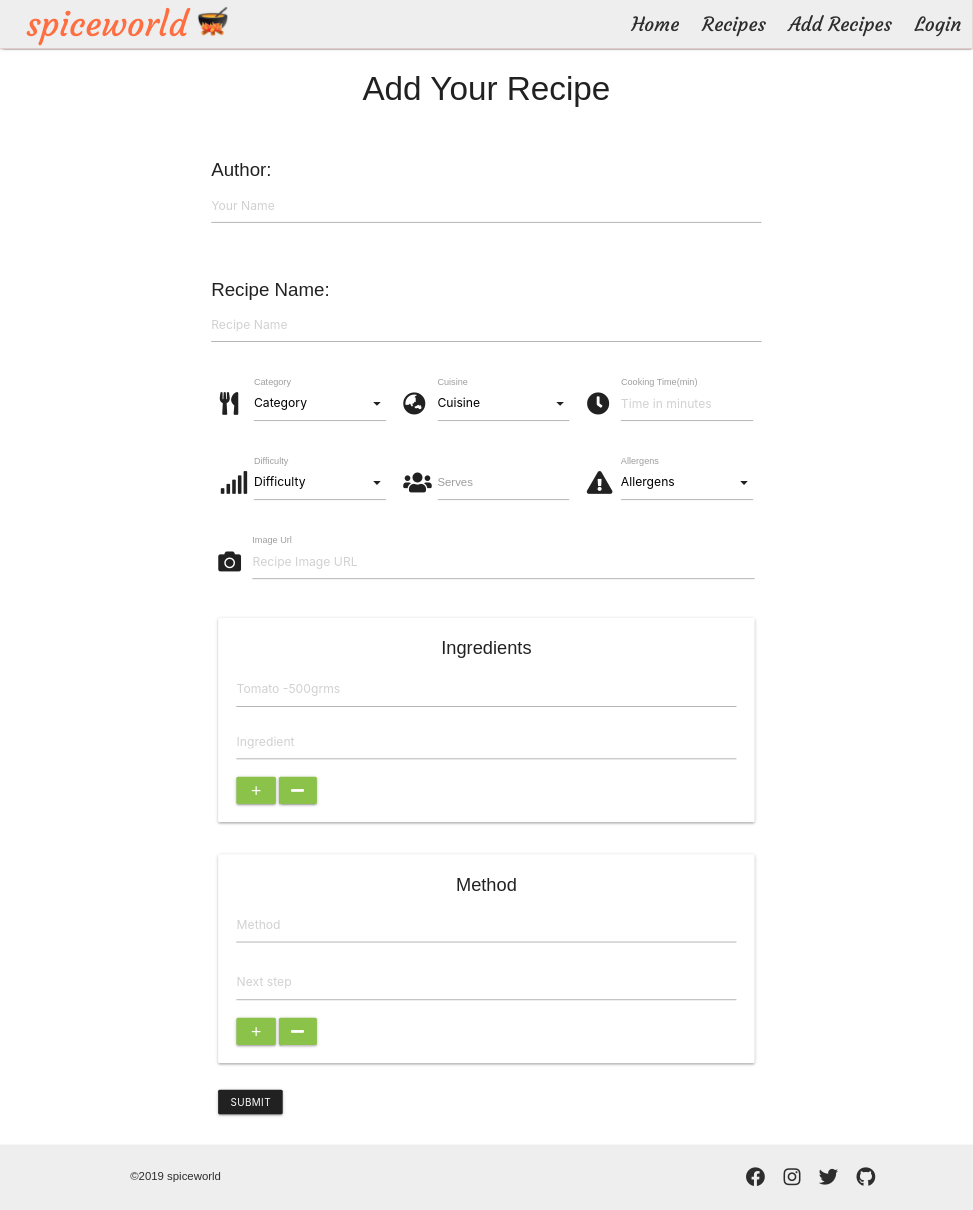
Repository: stephyraju/spiceworld
Page: http://localhost/add_recipe
The author's editor kept a record of every edit. The page is drawn from the files as they stood at one moment, then again after the next edit.
The browser window is 1280 px wide. The pictures show the whole page, at 76% of full size.
Some web libraries are served in a nearby version. The page is served by the project's application, run on Flask 3 (app.py). Queries for data that is not in the repository find no rows.

Above is the page before.

After the next edit:
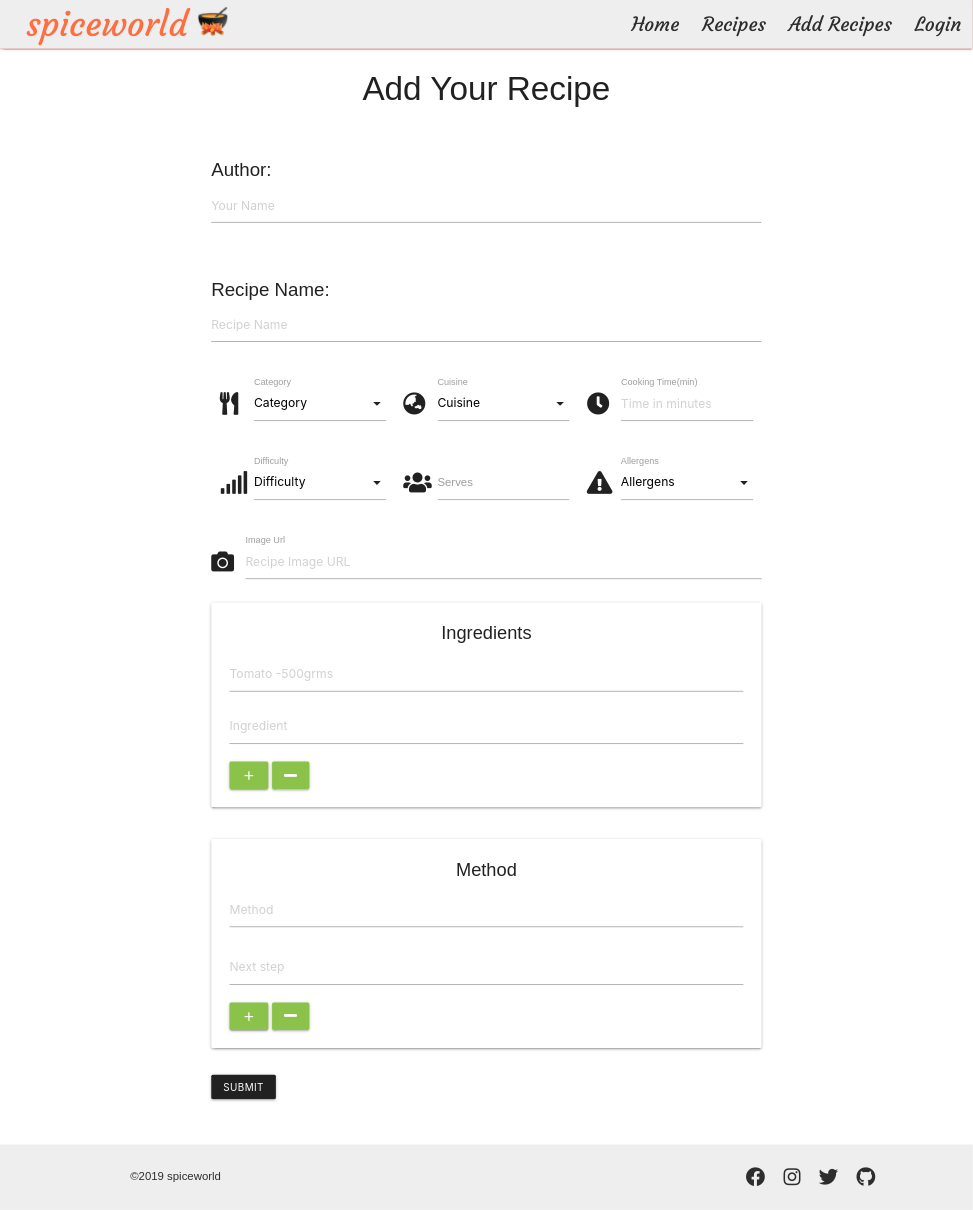
The edit:
--- a/templates/addrecipe.html
+++ b/templates/addrecipe.html
@@ -100,7 +100,8 @@
                 </div>
             </div>
             <!--Image Url-->
-            <div class="row col s10 offset-s1">
+            <div class="row">
+            <div class="col s10 offset-s1">
                 <div class="input-field ">
                     <i class="fas fa-camera material-icons prefix"></i>
                     <input id="image_url" name="image_url" class="validate" type="url" minlength="15" placeholder="Recipe Image URL" pattern="https?://.+">
